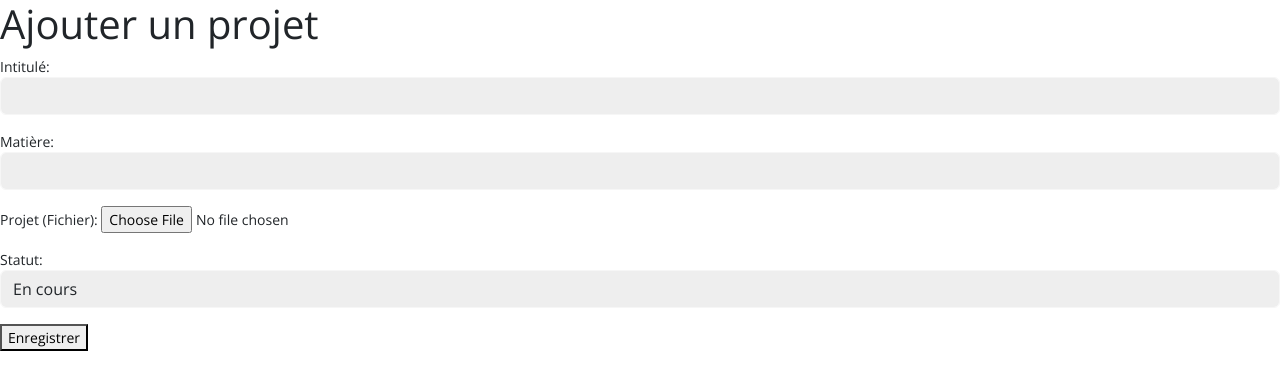
Repository: dimitri0004/Moodle
Page: http://localhost/enseignant/projet/ajouter
The author's editor kept a copy of each file at every save. The page is drawn from the files as they stood at one save, then again after the next save.
The browser window is 1280 px wide. The pictures show the whole page.
The page is served by the project's application, run on Django 4.2 (manage.py). Other server files are loaded and not shown.

Above is the page before, as saved 2023-08-16 14:23:43.
Console error: TypeError: Cannot set properties of null (setting 'innerHTML')

### templates/Enseignant/projet.html
{% extends "base.html" %}
{% block content %}
<!DOCTYPE html>
<html lang="en">
<head>
    <meta charset="UTF-8">
    <title>Ajouter un projet</title>
</head>
<body>
    <h1>Ajouter un projet</h1>
    <form method="post" enctype="multipart/form-data">
        {% csrf_token %}
        {{ form.as_p }}
        <button type="submit">Enregistrer</button>
    </form>
</body>
</html>


{% endblock %}

### templates/base.html
{% load static %}
<!DOCTYPE html>
<html lang="en">
<head>
    <meta charset="UTF-8">
    <meta name="viewport" content="width=device-width, initial-scale=1.0">
    <title>Document</title>

    <link rel="icon" href="favicon.ico" type="image/x-icon"> <!-- Favicon-->

    <!-- plugin css file  -->
    <link rel="stylesheet" href="{% static 'assets/css/carousel.min.css' %}" />
    <!-- project css file  -->
    <link rel="stylesheet" href="{% static 'assets/css/e-learn.style.min.css' %}">
    <!-- Google Code  -->
    <script async src="https://www.googletagmanager.com/gtag/js?id=UA-264428387-1"></script>
    <script>
      window.dataLayer = window.dataLayer || [];
      function gtag(){dataLayer.push(arguments);}
      gtag('js', new Date());

      gtag('config', 'UA-264428387-1');
    </script>

    <script src="{% static 'assets/bundles/libscripts.bundle.js' %}"></script>

    <!-- Plugin Js-->
    <script src="{% static 'assets/bundles/carousel.bundle.js' %}"></script>
    <script src="{% static 'assets/bundles/apexcharts.bundle.js' %}"></script>

    <!-- Jquery Page Js -->
    <script src="{% static 'js/template.js' %}"></script>
    <script src="{% static 'js/page/elearn-index.js' %}"></script>
</head>
<body>
   {% if user.is_authenticated %}

    {% include "_partiels/nav.html" %}
   {% endif %}


    {% block content %}{% endblock %}
</body>
</html>

### AppEcole/forms.py
from django import forms
from .models import Devoir

class ProjetForm(forms.ModelForm):
    intitule = forms.CharField(label='Intitulé', widget=forms.TextInput(attrs={
        'class': 'form-control'
    }))
    matiere = forms.CharField(label='Matière', widget=forms.TextInput(attrs={
        'class': 'form-control'
    }))
    projet = forms.FileField(label='Projet (Fichier)', widget=forms.ClearableFileInput(attrs={
        'class': 'form-control-file'
    }))
    statut = forms.ChoiceField(label='Statut', choices=Devoir.STATUT_CHOICES, widget=forms.Select(attrs={
        'class': 'form-control'
    }))

    class Meta:
        model = Devoir
        fields = ['intitule', 'matiere', 'projet', 'statut']

### AppEcole/models.py
from django.db import models
from django.contrib.auth.models import AbstractUser
class User(AbstractUser):
    ETUDIANT= " ETUDIANT"
    ENSEIGNANT="ENSEIGNANT"
    ADMINISTRATEUR=" ADMINISTRATEUR"

    ROLE_CHOICES = (
        ('ETUDIANT', 'Etudiant'),
        ('ENSEIGNANT', 'Enseignant'),
        ('ADMINISTRATEUR', 'Administrateur'),
    )

    role = models.CharField(max_length=30, choices=ROLE_CHOICES, verbose_name='Rôle')
    birthdate = models.DateField(null=True, blank=False)
    identifiant = models.CharField(max_length=20, null=True, blank=False)

    def __str__(self):
        return self.username

class Devoir(models.Model):

    STATUT_CHOICES = [
        ('en_cours', 'En cours'),
        ('soumis', 'Soumis'),
        ('corrigé', 'Corrige'),
        ('traité', 'Traite'),
        ('archivé', 'Archivé'),
    ]
    intitule=models.CharField(max_length=255)
    matiere=models.CharField(max_length=255)
    statut = models.CharField(max_length=20, choices=STATUT_CHOICES)
    projet = models.FileField(upload_to='projets')

    def __str__(self):
        return self.intitule


# Create your models here.

### AppEcole/views.py
from django.shortcuts import render,redirect
from django.core.validators import validate_email
from django.contrib.auth.models import User
from django.db.models import Q
from django.contrib.auth.decorators import login_required
from django.contrib.auth import authenticate, login, logout
from .forms import ProjetForm


from django.contrib.auth import get_user_model

def index(request):
    return render(request,'index.html')

def inscription(request):
    error = False
    message = ""

    if request.method == "POST":
        username = request.POST.get('username')
        email = request.POST.get('email')
        nom = request.POST.get('nom')
        prenom = request.POST.get('prenom')
        password = request.POST.get('password')
        confirmePassword = request.POST.get('confirmePassword')
        role = request.POST.get('role')
        identifiant = request.POST.get('identifiant')
        date = request.POST.get('date')# Récupérer le rôle du formulaire

        try:
            validate_email(email)
        except:
            error = True
            message = "Entrer un email valide svp"

        User = get_user_model()  # Obtenir le modèle utilisateur personnalisé

        user = User.objects.filter(Q(email=email) | Q(username=username)).first()
        if user:
            error = True
            message = f"L'email {email} ou le nom d'utilisateur {nom} est déjà utilisé par un utilisateur"

        if password != confirmePassword:
            error = True
            message = "Les deux mots de passe ne sont pas identiques"

        if error == False:
            user = User(

                username=username,
                email=email,
                last_name=nom,
                first_name=prenom,
                identifiant=identifiant,
                role=role,
                birthdate=date# Enregistrer le rôle dans le modèle
            )
            user.set_password(password)
            user.save()
            return redirect('acceuil')

    context = {
        'error': error,
        'message': message
    }
    return render(request, 'Utilisateur/inscription.html', context)

def connexion(request):
    error=False
    message=""
    if request.method=="POST":

        email=request.POST.get('email', None)
        password=request.POST.get('password', None)

        User = get_user_model()
        user=User.objects.filter(email=email).first()
        if user:
            user=authenticate(username=user.username, password=password)
            if user:
                login(request, user)
                return redirect('acceuil')
            else:
                error=True
                message="mot de passe  incorrecte"
        else:
            error=True
            message="l'utilisateur n'existe pas"
    return render(request, 'Utilisateur/connexion.html', {'error':error, 'message':message})

def ajouter_projet(request):
    if request.method == 'POST':
        form = ProjetForm(request.POST, request.FILES)
        if form.is_valid():
            form.save()
            return redirect('ajouter_projet')  # Rediriger vers la liste des projets
    else:
        form = ProjetForm()

    context = {'form': form}
    return render(request, 'Enseignant/projet.html', context)

# Create your views here.

### MoodleProject/urls.py
"""
URL configuration for MoodleProject project.

The `urlpatterns` list routes URLs to views. For more information please see:
    https://docs.djangoproject.com/en/4.2/topics/http/urls/
Examples:
Function views
    1. Add an import:  from my_app import views
    2. Add a URL to urlpatterns:  path('', views.home, name='home')
Class-based views
    1. Add an import:  from other_app.views import Home
    2. Add a URL to urlpatterns:  path('', Home.as_view(), name='home')
Including another URLconf
    1. Import the include() function: from django.urls import include, path
    2. Add a URL to urlpatterns:  path('blog/', include('blog.urls'))
"""
from django.contrib import admin
from django.urls import path,include
from django.conf import settings
from django.conf.urls.static import static


urlpatterns = [
    path('admin/', admin.site.urls),
    path('', include('AppEcole.urls')),
]
if settings.DEBUG:
    urlpatterns += static(settings.MEDIA_URL,
    document_root=settings.MEDIA_ROOT)

### AppEcole/urls.py
from django.urls import path
from .views import index, inscription, connexion,ajouter_projet
urlpatterns = [
    path('acceuil', index, name='acceuil'),
    path('inscription/', inscription, name='register'),
    path('connexion/', connexion, name='login'),
    path('enseignant/projet/ajouter', ajouter_projet, name='ajouter_projet'),

]

### static/assets/css/carousel.min.css
.owl-carousel,.owl-carousel .owl-item{-webkit-tap-highlight-color:transparent;position:relative}.owl-carousel{display:none;width:100%;z-index:1}.owl-carousel .owl-stage{position:relative;-ms-touch-action:pan-Y;-moz-backface-visibility:hidden}.owl-carousel .owl-stage:after{content:".";display:block;clear:both;visibility:hidden;line-height:0;height:0}.owl-carousel .owl-stage-outer{position:relative;overflow:hidden;-webkit-transform:translate3d(0, 0, 0)}.owl-carousel .owl-item,.owl-carousel .owl-wrapper{-webkit-backface-visibility:hidden;-moz-backface-visibility:hidden;-ms-backface-visibility:hidden;-webkit-transform:translate3d(0, 0, 0);-moz-transform:translate3d(0, 0, 0);-ms-transform:translate3d(0, 0, 0)}.owl-carousel .owl-item{min-height:1px;float:left;-webkit-backface-visibility:hidden;-webkit-touch-callout:none}.owl-carousel .owl-item img{display:block;width:100%}.owl-carousel .owl-dots.disabled,.owl-carousel .owl-nav.disabled{display:none}.no-js .owl-carousel,.owl-carousel.owl-loaded{display:block}.owl-carousel .owl-dot,.owl-carousel .owl-nav .owl-next,.owl-carousel .owl-nav .owl-prev{cursor:pointer;cursor:hand;-webkit-user-select:none;-khtml-user-select:none;-moz-user-select:none;-ms-user-select:none;user-select:none}.owl-carousel.owl-loading{opacity:0;display:block}.owl-carousel.owl-hidden{opacity:0}.owl-carousel.owl-refresh .owl-item{visibility:hidden}.owl-carousel.owl-drag .owl-item{-webkit-user-select:none;-moz-user-select:none;-ms-user-select:none;user-select:none}.owl-carousel.owl-grab{cursor:move;cursor:grab}.owl-carousel.owl-rtl{direction:rtl}.owl-carousel.owl-rtl .owl-item{float:right}.owl-carousel .animated{animation-duration:1s;animation-fill-mode:both}.owl-carousel .owl-animated-in{z-index:0}.owl-carousel .owl-animated-out{z-index:1}.owl-carousel .fadeOut{animation-name:fadeOut}@keyframes fadeOut{0%{opacity:1}100%{opacity:0}}.owl-height{transition:height .5s ease-in-out}.owl-carousel .owl-item .owl-lazy{opacity:0;transition:opacity .4s ease}.owl-carousel .owl-item img.owl-lazy{transform-style:preserve-3d}.owl-carousel .owl-video-wrapper{position:relative;height:100%;background:#000}.owl-carousel .owl-video-play-icon{position:absolute;height:80px;width:80px;left:50%;top:50%;margin-left:-40px;margin-top:-40px;background:url(owl.video.play.html) no-repeat;cursor:pointer;z-index:1;-webkit-backface-visibility:hidden;transition:transform .1s ease}.owl-carousel .owl-video-play-icon:hover{-ms-transform:scale(1.3, 1.3);transform:scale(1.3, 1.3)}.owl-carousel .owl-video-playing .owl-video-play-icon,.owl-carousel .owl-video-playing .owl-video-tn{display:none}.owl-carousel .owl-video-tn{opacity:0;height:100%;background-position:center center;background-repeat:no-repeat;background-size:contain;transition:opacity .4s ease}.owl-carousel .owl-video-frame{position:relative;z-index:1;height:100%;width:100%}

### static/js/template.js
if (typeof jQuery === "undefined") {
    throw new Error("jQuery plugins need to be before this file");
}

$(function() {
    "use strict";

    // main sidebar toggle js
    $('.menu-toggle').on('click', function () {
        $('.sidebar').toggleClass('open');
        $('.open').removeClass('sidebar-mini');
    });

    // layout a sidebar mini version
    $('.sidebar-mini-btn').on('click', function () {
        $('.sidebar').toggleClass('sidebar-mini');
        $('.sidebar-mini').removeClass('open');
    });

    // chat page chatlist toggle js
    $('.chatlist-toggle').on('click', function () {
        $('.card-chat').toggleClass('open');
    });

    $(".theme-rtl input").on('change',function() {
        if(this.checked) {
            $("body").addClass('rtl_mode');
        }else{
            $("body").removeClass('rtl_mode');
        }

    });

    // cSidebar overflow daynamic height

    overFlowDynamic();

    $(window).resize(function(){
        overFlowDynamic();
    });

    function overFlowDynamic(){
        var sideheight=$(".sidebar.sidebar-mini").height() + 48;

        if(sideheight <= 760) {
            $(".sidebar.sidebar-mini").css( "overflow", "scroll");
        }
        else{
            $(".sidebar.sidebar-mini").css( "overflow", "visible");
        }
    }


    // Dropdown scroll hide using table responsive

    $('.table-responsive').on('show.bs.dropdown', function () {
        $('.table-responsive').css( "overflow", "inherit" );
    });

    $('.table-responsive').on('hide.bs.dropdown', function () {
            $('.table-responsive').css( "overflow", "auto" );
    })

    // light and dark theme setting js
    var toggleSwitch = document.querySelector('.theme-switch input[type="checkbox"]');
    var toggleHcSwitch = document.querySelector('.theme-high-contrast input[type="checkbox"]');
    var currentTheme = localStorage.getItem('theme');
    if (currentTheme) {
        document.documentElement.setAttribute('data-theme', currentTheme);

        if (currentTheme === 'dark') {
            toggleSwitch.checked = true;
        }
        if (currentTheme === 'high-contrast') {
            toggleHcSwitch.checked = true;
            toggleSwitch.checked = false;
        }
    }
    function switchTheme(e) {
        if (e.target.checked) {
            document.documentElement.setAttribute('data-theme', 'dark');
            localStorage.setItem('theme', 'dark');
            $('.theme-high-contrast input[type="checkbox"]').prop("checked", false);
        }
        else {
            document.documentElement.setAttribute('data-theme', 'light');
            localStorage.setItem('theme', 'light');
        }
    }
    toggleSwitch.addEventListener('change', switchTheme, false);
    // end
});

// live support team js
$(function() {
    "use strict";
    var Tawk_API=Tawk_API||{}, Tawk_LoadStart=new Date();
    (function(){
        var s1=document.createElement("script"),s0=document.getElementsByTagName("script")[0];
        s1.async=true;
        s1.src='https://embed.tawk.to/6051a040f7ce18270930e55a/1f0vdjvfu';
        s1.charset='UTF-8';
        s1.setAttribute('crossorigin','*');
        s0.parentNode.insertBefore(s1,s0);
    })();
});

### static/js/page/elearn-index.js
if (typeof jQuery === "undefined") {
    throw new Error("jQuery plugins need to be before this file");
}
$(function() {
    "use strict";
    var tooltipTriggerList = [].slice.call(document.querySelectorAll('[data-bs-toggle="tooltip"]'))
    var tooltipList = tooltipTriggerList.map(function (tooltipTriggerEl) {
        return new bootstrap.Tooltip(tooltipTriggerEl)
    })

    /*****Owl Slider************/
    $(document).ready(function(){
        $('.owl-carouselone').owlCarousel({
            stagePadding: 30,
            loop:true,
            margin:10,
            nav:true,
            navText: ["<img src='../dist/assets/images/stylish-left.png'>","<img src='../dist/assets/images/stylish-right.png'>"],
            responsive:{
                0:{
                    items:1
                },
                480:{
                    items:3
                },
                600:{
                    items:3
                },
                740:{
                    items:6
                },
                1000:{
                    items:2
                },
                1100:{
                    items:3
                },
                1400:{
                    items:3
                },
                1500:{
                    items:4
                }
            }
        })

        $('.owl-carouseltwo').owlCarousel({
            loop:true,
            margin:5,
            autoplay:true,
            autoplayTimeout:4000,
            autoplayHoverPause:true,
            responsive:{
                0:{
                    items:1
                },
                480:{
                    items:1
                },
                600:{
                    items:1
                },
                1000:{
                    items:2
                },
                1100:{
                    items:2
                },
                1400:{
                    items:3
                }
            }
        })
    });

    // basic-column
    $(document).ready(function() {
        var options = {
            chart: {
                height: 350,
                type: 'bar',
            },
            colors: ['var(--chart-color1)', 'var(--chart-color2)', 'var(--chart-color4)'],
            plotOptions: {
                bar: {
                    horizontal: false,
                    columnWidth: '55%',
                    endingShape: 'rounded'
                },
            },
            dataLabels: {
                enabled: false
            },
            stroke: {
                show: true,
                width: 2,
                colors: ['transparent']
            },
            series: [{
                name: 'Listening',
                data: [44, 55, 57, 56, 61, 58, 63, 60, 66]
            }, {
                name: 'Writing',
                data: [76, 85, 101, 98, 87, 105, 91, 114, 94]
            }, {
                name: 'Video View',
                data: [35, 41, 36, 26, 45, 48, 52, 53, 41]
            }],
            xaxis: {
                categories: ['Feb', 'Mar', 'Apr', 'May', 'Jun', 'Jul', 'Aug', 'Sep', 'Oct'],
            },
            yaxis: {
                title: {
                    text: ''
                }
            },
            fill: {
                opacity: 1

            },
            tooltip: {
                y: {
                    formatter: function (val) {
                        return "$ " + val + " thousands"
                    }
                }
            }
        }

        var chart = new ApexCharts(
            document.querySelector("#apex-basic-column"),
            options
        );

        chart.render();
    });


});
/*****digital-clock************/
function date_time(id){
    date = new Date;
    h = date.getHours();
    if(h<10)
    {
            h = "0"+h;
    }
    m = date.getMinutes();
    if(m<10)
    {
            m = "0"+m;
    }
    s = date.getSeconds();
    if(s<10)
    {
            s = "0"+s;
    }
    document.getElementById("s").innerHTML = ''+s;
    document.getElementById("m").innerHTML = ''+m;
    document.getElementById("h").innerHTML = ''+h;
    setTimeout('date_time("'+"s"+'");','1000');
    return true;
}
window.onload = date_time('s');

Loaded but not shown: static/assets/css/e-learn.style.min.css (library); static/assets/bundles/libscripts.bundle.js (library); static/assets/bundles/carousel.bundle.js (library); static/assets/bundles/apexcharts.bundle.js (library)

After the next save:
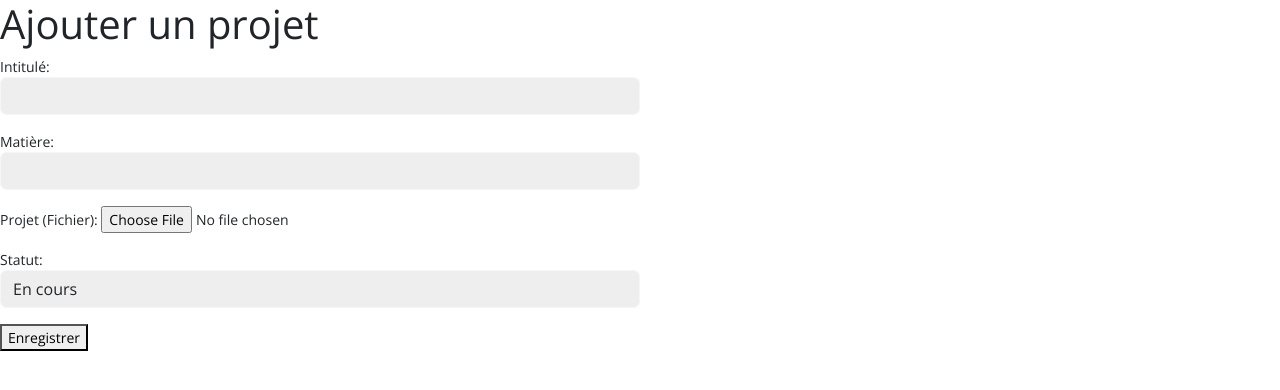
Saved 109 s later.
--- a/templates/Enseignant/projet.html
+++ b/templates/Enseignant/projet.html
@@ -10,7 +10,11 @@
     <h1>Ajouter un projet</h1>
     <form method="post" enctype="multipart/form-data">
         {% csrf_token %}
-        {{ form.as_p }}
+        <div class="col-6">
+            <div class="mb-2">
+            {{ form.as_p }}
+            </div>
+        </div>
         <button type="submit">Enregistrer</button>
     </form>
 </body>
